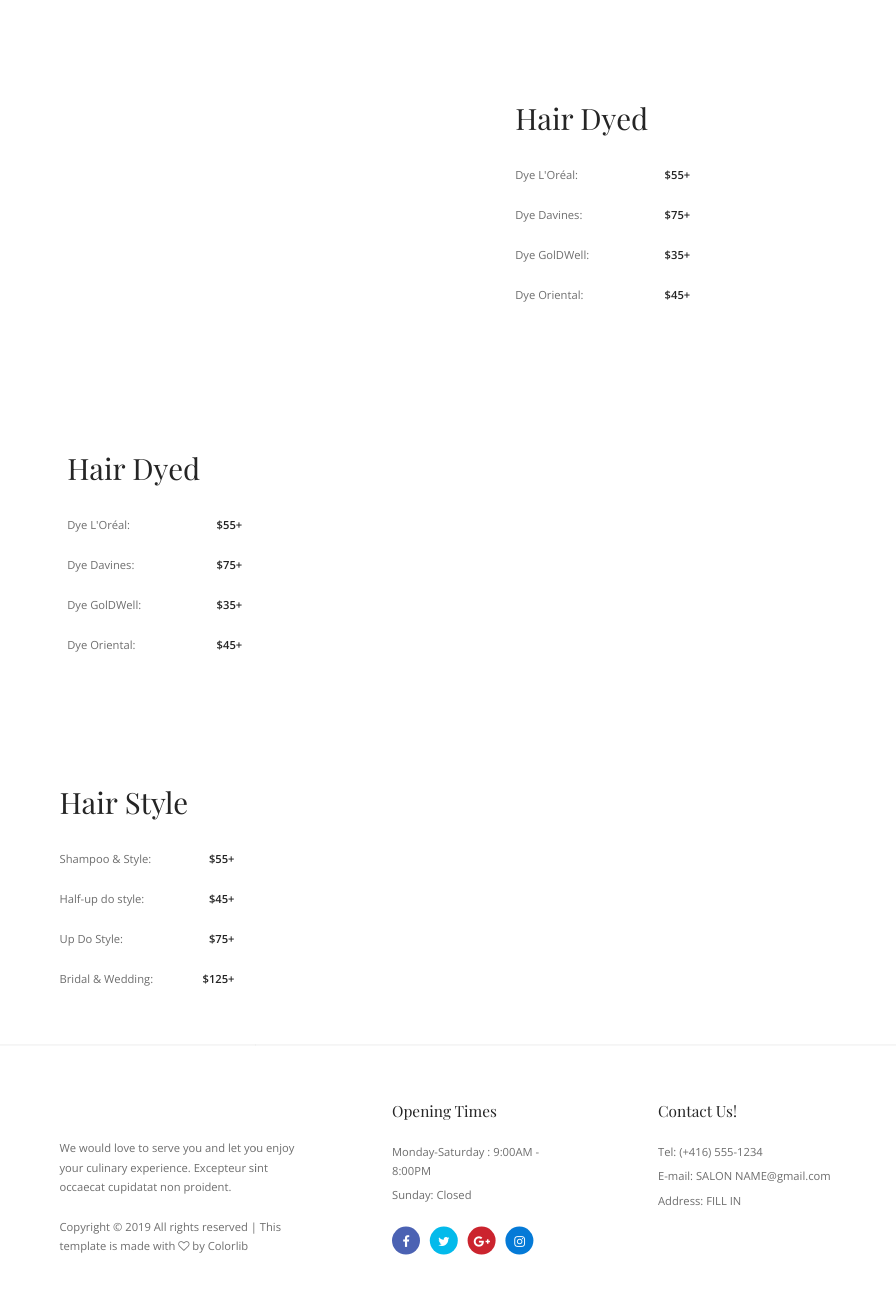
Repository: hanihassan1/Bay-wash-studio
Page: http://localhost/service
The author's editor kept a record of every edit. The page is drawn from the files as they stood at one moment, then again after the next edit.
The browser window is 1280 px wide. The pictures show the part of the page from y = 906 to 2826 px (the page is 2779 px tall before and 2826 px after), at 70% of full size.
The page is served by the project's application, run on Flask 3 (run.py).

Above is the page before.
Console error: TypeError: Cannot read properties of null (reading 'jQuery22409362962306477132')

### templates/service.html
{% extends 'base.html' %} {% block head %}
<script src="{{ url_for('static', filename='js/jquery.min.js')  }}"></script>

<!-- Popper -->
<script src="{{ url_for('static', filename='js/popper.min.js')  }}"></script>

<!-- Bootstrap -->
<script src="{{ url_for('static', filename='js/bootstrap.min.js')  }}"></script>

<!-- All Plugins -->
<script src="{{ url_for('static', filename='js/akame.bundle.js')  }}"></script>

<!-- Active -->

<script src="{{ url_for('static', filename='js/default-assets/active.js')  }}"></script>

<script src="{{ url_for('static', filename='gulpfile.js')  }}"></script>

<script src="{{ url_for('static', filename='js/main.js')  }}"></script>
{% endblock %} {% block content %}



<!-- Breadcrumb Area Start -->
<section class="breadcrumb-area section-padding-80">
    <div class="container">
        <div class="row">
            <div class="col-12">
                <div class="breadcrumb-content">
                    <h2>Our Services</h2>
                    <nav aria-label="breadcrumb">
                        <ol class="breadcrumb">
                            <li class="breadcrumb-item"><a href="{{url_for('index')}}"><i class="icon_house_alt"></i> Home</a></li>
                            <li class="breadcrumb-item active" aria-current="page">Services</li>
                        </ol>
                    </nav>
                </div>
            </div>
        </div>
    </div>
</section>
<!-- Breadcrumb Area End -->

<!-- Service Area Start -->
<section class="akame-service-area">

    <!-- Single Service Item -->
    <div class="single--service--item d-flex flex-wrap align-items-center">
        <!-- Service Content -->
        <div class="service-content">
            <div class="service-text">
                <h2>Hair Cuts</h2>
                <p><span>Women's Haircut:</span> <span>$35+</span></p>
                <p><span>Men's Haircut:</span> <span>$25+</span></p>

            </div>
        </div>
        <!-- Service Thumbnail -->
        <div class="service-thumbnail bg-img jarallax" style="background-image: url({{ url_for('static', filename='img/bg-img/30.jpg')  }});"></div>
    </div>

    <!-- Single Service Item -->
    <div class="single--service--item odd-item d-flex flex-wrap align-items-center">
        <!-- Service Thumbnail -->
        <div class="service-thumbnail bg-img jarallax" style="background-image: url({{ url_for('static', filename='img/bg-img/31.jpg')  }});"></div>

        <!-- Service Content -->
        <div class="service-content">
            <div class="service-text">
                <h2>Hair Dyed</h2>
                <p><span>Dye L'Oréal:</span> <span>$55+</span></p>
                <p><span>Dye Davines:</span> <span>$75+</span></p>
                <p><span>Dye GolDWell:</span> <span>$35+</span></p>
                <p><span>Dye Oriental:</span> <span>$45+</span></p>
            </div>
        </div>
    </div>


 <div class="single--service--item odd-item d-flex flex-wrap align-items-center">
        <!-- Service Thumbnail -->


        <!-- Service Content -->
        <div class="service-content">
            <div class="service-text">
                <h2>Hair Dyed</h2>
                <p><span>Dye L'Oréal:</span> <span>$55+</span></p>
                <p><span>Dye Davines:</span> <span>$75+</span></p>
                <p><span>Dye GolDWell:</span> <span>$35+</span></p>
                <p><span>Dye Oriental:</span> <span>$45+</span></p>
            </div>
        </div>
        <div class="service-thumbnail bg-img jarallax" style="background-image: url({{ url_for('static', filename='img/bg-img/27.jpg')  }});"></div>
    </div>



    <!-- Single Service Item -->
    <div class="single--service--item d-flex flex-wrap align-items-center">
        <!-- Service Content -->
        <div class="service-content">
            <div class="service-text">
                <h2>Hair Style</h2>
                <p><span>Shampoo &amp; Style:</span> <span>$55+</span></p>
                <p><span>Half-up do style:</span> <span>$45+</span></p>
                <p><span>Up Do Style:</span> <span>$75+</span></p>
                <p><span>Bridal &amp; Wedding:</span> <span>$125+</span></p>
            </div>
        </div>
        <!-- Service Thumbnail -->

    </div>

</section>
<!-- Service Area End -->


{% endblock %}

### templates/base.html
<!DOCTYPE html>
<html lang="en">

<head>
    <meta charset="UTF-8">
    <meta name="description" content="">
    <meta http-equiv="X-UA-Compatible" content="IE=edge">
    <meta name="viewport" content="width=device-width, initial-scale=1, shrink-to-fit=no">


    <!-- Title -->
    <title>SALON</title>



    <!-- Stylesheet -->

    <link href="{{ url_for('static', filename='style.css')  }}" rel="stylesheet" type="text/css">

    {% block head %} {% endblock %}
</head>

<body>
    <!-- Preloader -->
    <div id="preloader">
        <div class="loader"></div>
    </div>
    <!-- /Preloader -->

    <!-- Header Area Start -->
    <header class="header-area">
        <!-- Top Header Area Start -->
        <div class="top-header-area">
            <div class="container h-100">
                <div class="row h-100 align-items-center">
                    <div class="col-5">
                        <div class="top-header-content">
                            <p>salon logo(img) & name</p>
                        </div>
                    </div>
                    <div class="col-7">
                        <div class="top-header-content text-right">
                            <p><i class="fa fa-clock-o" aria-hidden="true"></i> Mon-Sat: 9:00 am to 8:00 pm Sun:Closed<span class="mx-2"></span> | <span class="mx-2"></span> <i class="fa fa-phone" aria-hidden="true"></i> Call us: (+416)-555-1234</p>
                        </div>
                    </div>
                </div>
            </div>
        </div>
        <!-- Top Header Area End -->

        <!-- Main Header Start -->
        <div class="main-header-area">
            <div class="classy-nav-container breakpoint-off">
                <div class="container">
                    <!-- Classy Menu -->
                    <nav class="classy-navbar justify-content-between" id="akameNav">

                        <!-- Logo -->
                        <a class="nav-brand" href="index.html"><img src="img/core-img/logo.png" alt=""></a>

                        <!-- Navbar Toggler -->
                        <div class="classy-navbar-toggler">
                            <span class="navbarToggler"><span></span><span></span><span></span></span>
                        </div>

                        <!-- Menu -->
                        <div class="classy-menu">
                            <!-- Menu Close Button -->
                            <div class="classycloseIcon">
                                <div class="cross-wrap"><span class="top"></span><span class="bottom"></span></div>
                            </div>
                            <!-- Nav Start -->
                            <div class="classynav">
                                <ul id="nav">
                                    <li class="active"><a href="./index.html">Home</a></li>

                                    <li><a href="./portfolio.html">Gallery</a></li>
                                    <li><a href="./service.html">Services</a></li>


                                    <li><a href="./contact.html">Contact</a></li>
                                </ul>

                                <!-- Cart Icon -->
                                <div class="cart-icon ml-5 mt-4 mt-lg-0">
                                    <a href="#"><i class="icon_cart"></i></a>
                                </div>

                                <!-- Book Icon -->
                                <div class="book-now-btn ml-5 mt-4 mt-lg-0 ml-md-4">
                                    <a href="#" class="btn akame-btn">Book Now</a>
                                </div>
                            </div>
                            <!-- Nav End -->
                        </div>
                    </nav>
                </div>
            </div>
        </div>
    </header>
    <!-- Header Area End -->

    <!-- Main Area Start -->
    <div class="main">

        {% block content %} {% endblock %}

    </div>
    <!-- Main Area End -->


    <!-- Footer Area Start -->
    <footer class="footer-area section-padding-80-0">
        <div class="container">
            <div class="row justify-content-between">

                <!-- Single Footer Widget -->
                <div class="col-12 col-sm-6 col-md-4">
                    <div class="single-footer-widget mb-80">
                        <!-- Footer Logo -->
                        <a href="#" class="footer-logo"><img src="" alt=""></a>

                        <p class="mb-30">We would love to serve you and let you enjoy your culinary experience. Excepteur sint occaecat cupidatat non proident.</p>

                        <!-- Copywrite Text -->
                        <div class="copywrite-text">
                            <p>
                                <!-- Link back to Colorlib can't be removed. Template is licensed under CC BY 3.0. -->
                                Copyright &copy;
                                <script>
                                    document.write(new Date().getFullYear());
                                </script> All rights reserved | This template is made with <i class="fa fa-heart-o" aria-hidden="true"></i> by <a href="https://colorlib.com" target="_blank">Colorlib</a>
                                <!-- Link back to Colorlib can't be removed. Template is licensed under CC BY 3.0. -->
                            </p>
                        </div>
                    </div>
                </div>

                <!-- Single Footer Widget -->
                <div class="col-12 col-sm-6 col-md-4 col-xl-3">
                    <div class="single-footer-widget mb-80">
                        <!-- Widget Title -->
                        <h4 class="widget-title">Opening times</h4>

                        <!-- Open Times -->
                        <div class="open-time">
                            <p>Monday-Saturday : 9:00AM - 8:00PM</p>
                            <p>Sunday: Closed</p>
                        </div>

                        <!-- Social Info -->
                        <div class="social-info">
                            <a href="#" class="facebook"><i class="fa fa-facebook"></i></a>
                            <a href="#" class="twitter"><i class="fa fa-twitter"></i></a>
                            <a href="#" class="google-plus"><i class="fa fa-google-plus"></i></a>
                            <a href="#" class="instagram"><i class="fa fa-instagram"></i></a>
                        </div>
                    </div>
                </div>

                <!-- Single Footer Widget -->
                <div class="col-12 col-md-4 col-xl-3">
                    <div class="single-footer-widget mb-80">

                        <!-- Widget Title -->
                        <h4 class="widget-title">Contact Us!</h4>

                        <!-- Contact Address -->
                        <div class="contact-address">
                            <p>Tel: (+416) 555-1234</p>
                            <p>E-mail: SALON NAME@gmail.com</p>
                            <p>Address: FILL IN</p>
                        </div>
                    </div>
                </div>

            </div>
        </div>
    </footer>
    <!-- Footer Area End -->

    <!-- All JS Files -->
    <!-- jQuery -->
       <script src="{{ url_for('static', filename='js/jquery.min.js')  }}"></script>

    <!-- Popper -->
    <script src="{{ url_for('static', filename='js/popper.min.js')  }}"></script>

    <!-- Bootstrap -->
     <script src="{{ url_for('static', filename='js/bootstrap.min.js')  }}"></script>

    <!-- All Plugins -->
    <script src="{{ url_for('static', filename='js/akame.bundle.js')  }}"></script>

    <!-- Active -->

    <script src="{{ url_for('static', filename='js/default-assets/active.js')  }}"></script>

    <script src="{{ url_for('static', filename='gulpfile.js')  }}"></script>

    <script src="{{ url_for('static', filename='js/main.js')  }}"></script>

</body>

</html>

### run.py
import os
from flask import Flask,render_template, request, redirect,flash, jsonify, url_for
import json
from flask_mail import Mail, Message
import pymysql


app = Flask(__name__)

connection = pymysql.connect(host='mydatabase.cccssd5sqciz.ca-central-1.rds.amazonaws.com',
                            user='root',
                            password='root1234',
                            db='SALON',
                            )

app.secret_key = "its_secure"


app.config['MAIL_SERVER']= 'smtp.gmail.com'
app.config['MAIL_PORT'] = 465
app.config['MAIL_USERNAME'] = 'baywashstudio@gmail.com'
app.config['MAIL_PASSWORD'] = "Root12345"
app.config['MAIL_USE_TLS'] = False
app.config['MAIL_USE_SSL'] = True
app.config['MAIL_DEFAULT_SENDER'] = 'baywashstudio@gmail.com'
mail = Mail(app)


# @app.route('/')
# def index():
#     msg = Message('MAIL TEST', recipients = ['hani.hassan1@gmail.com'])
#     msg.body = "this is a test email"
#     # msg.html = " <b> bold html msg test</b>"
#     mail.send(msg)
#     return "Sent"





@app.route('/contact',methods=["GET", "POST"])
def contact():
    if request.method=="POST":
        print(request.form)
        username = request.form['first-name'] + " " + request.form['last-name']
        add_user(username, request.form['phone'], request.form['email'])
        last_added_user_id = get_last_user_id()
        print(last_added_user_id, "last_added_user_id", request.form['time'])
        add_booking(request.form['date'], request.form['service'],request.form['time'],last_added_user_id)
        send_mail(username, request.form['email'])
        send_mail_employee(username, request.form['date'], request.form['service'],request.form['time'],
        request.form['phone'])
        flash("Hello {}, Your booking was submitted".format(request.form['first-name']))
        return redirect(url_for('contact'))

    return render_template("contact.html", title = "Contact")


def send_mail(username, email):
    user_mail_list = []
    user_mail_list.append(email)
    print(user_mail_list,"user_mail_list")
    msg = Message(subject="Hello, {}".format(username),recipients=user_mail_list)
    msg.body="You're booked!.\Your appointment is on {} at {},your service is {}" .format(request.form['date'],
    request.form['time'], request.form['service'])
    mail.send(msg)

def send_mail_employee(username,date, service,time,phone):
    msg = Message(subject="New Booking",recipients=["baywashstudio@gmail.com"])
    msg.body="Your booking is confirmed."
    mail.send(msg)

@app.route('/')
def index():
     return render_template("index.html", title = "Home")


@app.route('/portfolio')
def portfolio():
     return render_template("portfolio.html", title = "Gallery")

@app.route('/service')
def service():
     return render_template("service.html", title = "Services")


def add_user(username, phone_no, email_add ):
    try:
        with connection.cursor() as cursor:
            sql = """INSERT INTO CUSTOMERS (CUSTOMER_NAME, CUSTOMER_TELEPHONE,
            CUSTOMER_EMAIL) VALUES ('{}', '{}', '{}');""".format(username, phone_no, email_add)
            cursor.execute(sql)
            connection.commit()
            cursor.close()
    finally:
        print("ok")


def get_last_user_id():
 try:
        with connection.cursor(pymysql.cursors.DictCursor) as cursor:
          sql = """ SELECT MAX(CUSTOMER_ID) FROM CUSTOMERS;"""
          cursor.execute(sql)
          result = cursor.fetchall()
          return result[0]['MAX(CUSTOMER_ID)']
 finally:
        return True


def add_booking(date, service_id, time,customer_id):
  try:
        print(time, "time is time")
        with connection.cursor() as cursor:
            sql = """INSERT INTO BOOKINGS (DATE, SERVICE_ID, TIME,
            CUSTOMER_ID) VALUES ('{}', {}, '{}', {});""".format(date,service_id,
            time,customer_id)
            cursor.execute(sql)
            connection.commit()
            cursor.close()
  finally:
            connection.close()
#   TIME ADD



if __name__ == '__main__':
    app.run(host=os.environ.get('IP'),
    port=int(os.environ.get('PORT')),
    debug=True)

Loaded but not shown: static/js/jquery.min.js (library); static/js/popper.min.js (library); static/js/bootstrap.min.js (library); static/js/akame.bundle.js (library); static/css/bootstrap.min.css (library); static/css/animate.css (library); static/css/default-assets/audioplayer.css (library); static/css/owl.carousel.min.css (common file); static/css/magnific-popup.css (library); static/css/font-awesome.min.css (library); static/js/default-assets/active.js (199 lines, source omitted); static/gulpfile.js (90 lines, source omitted); static/style.css (1708 lines, source omitted); static/css/style.css (1157 lines, source omitted); static/css/default-assets/classy-nav.css (670 lines, source omitted); static/js/main.js (no copy from this time; the picture is the same without it)

After the next edit:
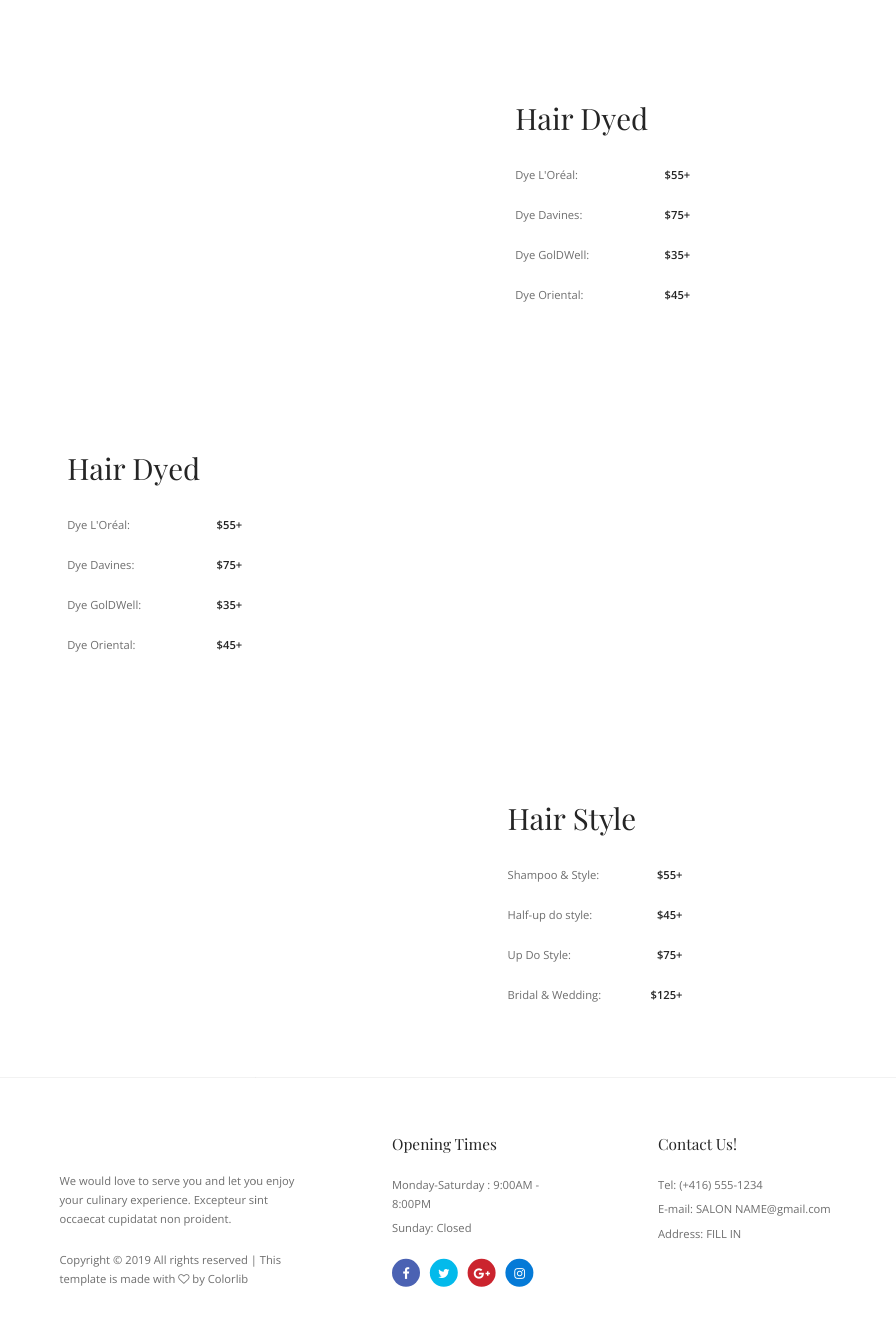
The edit:
--- a/templates/service.html
+++ b/templates/service.html
@@ -98,6 +98,7 @@
 
     <!-- Single Service Item -->
     <div class="single--service--item d-flex flex-wrap align-items-center">
+        <div class="service-thumbnail bg-img jarallax" style="background-image: url({{ url_for('static', filename='img/bg-img/32.jpg')  }});"></div>
         <!-- Service Content -->
         <div class="service-content">
             <div class="service-text">
